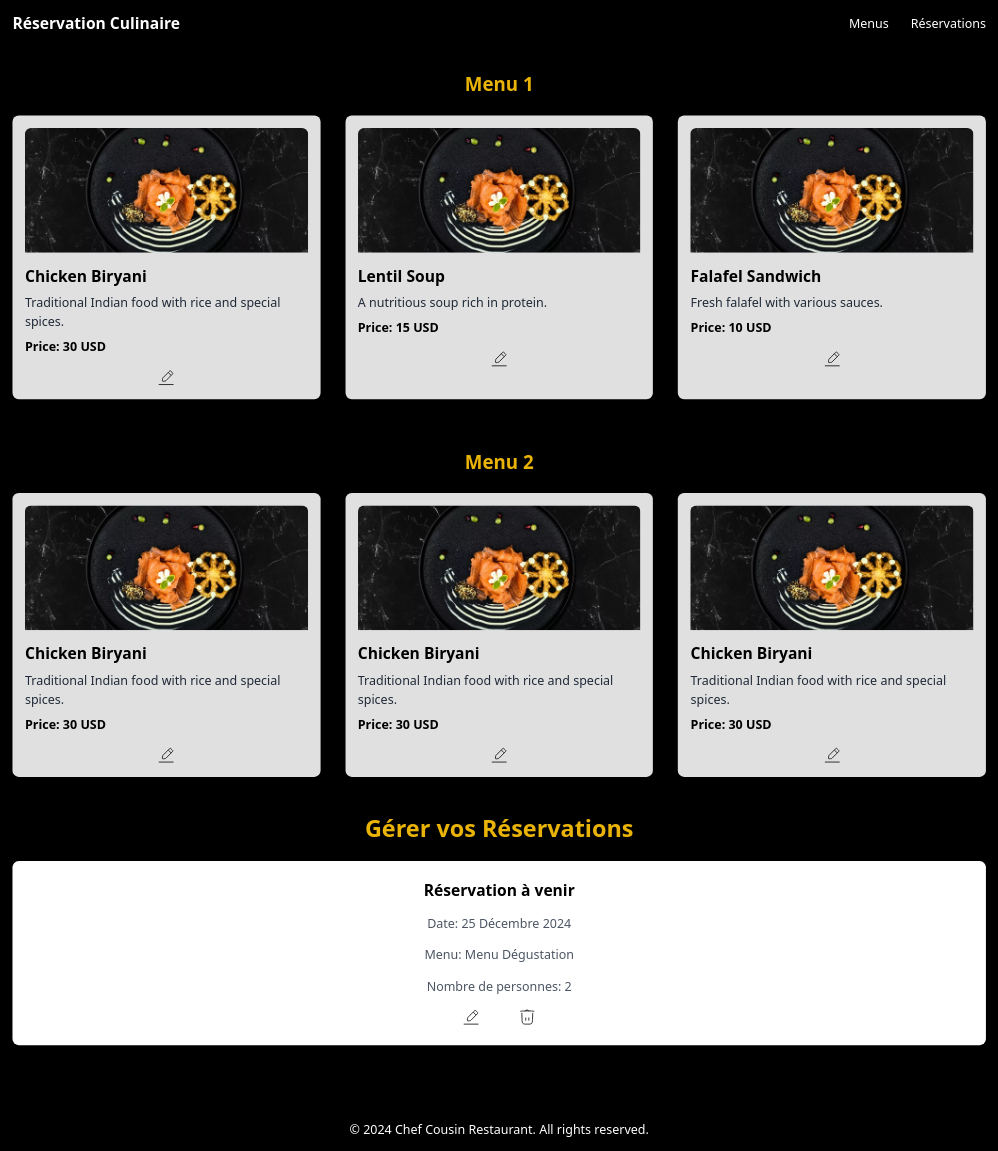
Repository: HamzaChehlaoui/Site-Web-pour-un-Chef-Cuisinier
Page: http://localhost/menuutil.php
An editor plug-in stored every save of this project. The page is shown before and after a run of saves, followed by the edit.
The browser window is 1280 px wide. The pictures show the whole page, at 78% of full size.
Some web libraries are served in a nearby version. The page is run by PHP 8.4 with error messages shown; the project is at /var/www/html/.

Above is the page before, as saved 2024-12-18 17:07:31.

### menuutil.php
<!DOCTYPE html>
<html lang="fr">
<head>
    <meta charset="UTF-8">
    <meta name="viewport" content="width=device-width, initial-scale=1.0">
    <title>Réservation d'Expérience Culinaire</title>
    <script src="https://cdn.tailwindcss.com"></script></head>
<body class="bg-black font-sans">

    <!-- Navbar -->
    <header class="bg-black text-white p-4">
        <div class="max-w-7xl mx-auto flex justify-between items-center">
            <h1 class="text-xl font-semibold">Réservation Culinaire</h1>
            <nav class="space-x-6">
                <a href="#menus" class="hover:text-gray-300">Menus</a>
                <a href="#reservations" class="hover:text-gray-300">Réservations</a>
            </nav>
        </div>
    </header>

    <!-- Menu Section -->
    <section class="py-8">
        <div class="container mx-auto px-4">
            <h2 class="text-2xl font-semibold mb-6 text-center text-yellow-500">Menu 1</h2>
            <div class="grid grid-cols-1 sm:grid-cols-2 lg:grid-cols-3 gap-8">
                <!-- Dish 1 -->
                <div class="bg-[#E0E0E0] p-4 rounded-lg shadow-lg hover:shadow-xl hover:bg-[#E0E0E0] transition duration-300">
                    <img src="zalmbloem-met-roomkaas_hr-4.webp" alt="Dish 1" class="w-full h-40 object-cover rounded-t-lg">
                    <h3 class="text-xl font-semibold mt-4 text-black">Chicken Biryani</h3>
                    <p class="text-gray-800 mt-2">Traditional Indian food with rice and special spices.</p>
                    <p class="mt-2 font-bold text-black">Price: 30 USD</p>
                      <!-- Edit and Delete buttons -->
                    <div class="mt-4 flex justify-center">
                    <svg width="24" height="24" viewBox="0 0 24 24" fill="none" xmlns="http://www.w3.org/2000/svg">
                    <path d="M15.7734 4.42255L8.01924 12.2706C7.79291 12.4996 7.67974 12.6142 7.60917 12.7552C7.53859 12.8961 7.51521 13.0544 7.46845 13.3709L7.30803 14.4566C7.12534 15.693 7.034 16.3112 7.40145 16.6645C7.7689 17.0178 8.39306 16.9118 9.64137 16.6999L10.7375 16.5139C11.0571 16.4596 11.2168 16.4325 11.3579 16.3593C11.499 16.2861 11.6121 16.1715 11.8385 15.9425L19.5927 8.09446C20.2553 7.42379 20.5866 7.08846 20.5814 6.67712C20.5761 6.26578 20.2363 5.93906 19.5566 5.28563L18.6209 4.38599C17.9412 3.73256 17.6014 3.40584 17.1844 3.4112C16.7674 3.41655 16.4361 3.75188 15.7734 4.42255Z" stroke="black" stroke-width="null" class="my-path"></path>
                    <path d="M18.3329 9.22206L14.7773 5.6665" stroke="black" stroke-width="null" class="my-path"></path>
                    <path d="M21 21H3" stroke="black" stroke-width="null" stroke-linecap="round" class="my-path"></path>
                    </svg>

                    </div>
                </div>
                <!-- Dish 2 -->
                <div class="bg-[#E0E0E0] p-4 rounded-lg shadow-lg hover:shadow-xl hover:bg-[#E0E0E0] transition duration-300">
                    <img src="zalmbloem-met-roomkaas_hr-4.webp" alt="Dish 2" class="w-full h-40 object-cover rounded-t-lg">
                    <h3 class="text-xl font-semibold mt-4 text-black">Lentil Soup</h3>
                    <p class="text-gray-800 mt-2">A nutritious soup rich in protein.</p>
                    <p class="mt-2 font-bold text-black">Price: 15 USD</p>
                      <!-- Edit and Delete buttons -->
                    <div class="mt-4 flex justify-center">
                    <svg width="24" height="24" viewBox="0 0 24 24" fill="none" xmlns="http://www.w3.org/2000/svg">
                    <path d="M15.7734 4.42255L8.01924 12.2706C7.79291 12.4996 7.67974 12.6142 7.60917 12.7552C7.53859 12.8961 7.51521 13.0544 7.46845 13.3709L7.30803 14.4566C7.12534 15.693 7.034 16.3112 7.40145 16.6645C7.7689 17.0178 8.39306 16.9118 9.64137 16.6999L10.7375 16.5139C11.0571 16.4596 11.2168 16.4325 11.3579 16.3593C11.499 16.2861 11.6121 16.1715 11.8385 15.9425L19.5927 8.09446C20.2553 7.42379 20.5866 7.08846 20.5814 6.67712C20.5761 6.26578 20.2363 5.93906 19.5566 5.28563L18.6209 4.38599C17.9412 3.73256 17.6014 3.40584 17.1844 3.4112C16.7674 3.41655 16.4361 3.75188 15.7734 4.42255Z" stroke="black" stroke-width="null" class="my-path"></path>
                    <path d="M18.3329 9.22206L14.7773 5.6665" stroke="black" stroke-width="null" class="my-path"></path>
                    <path d="M21 21H3" stroke="black" stroke-width="null" stroke-linecap="round" class="my-path"></path>
                    </svg>

                    </div>
                </div>
                <!-- Dish 3 -->
                <div class="bg-[#E0E0E0] p-4 rounded-lg shadow-lg hover:shadow-xl hover:bg-[#E0E0E0] transition duration-300">
                    <img src="zalmbloem-met-roomkaas_hr-4.webp" alt="Dish 3" class="w-full h-40 object-cover rounded-t-lg">
                    <h3 class="text-xl font-semibold mt-4 text-black">Falafel Sandwich</h3>
                    <p class="text-gray-800 mt-2">Fresh falafel with various sauces.</p>
                    <p class="mt-2 font-bold text-black">Price: 10 USD</p>
                       <!-- Edit and Delete buttons -->
                    <div class="mt-4 flex justify-center">
                        <!-- edit  -->
                    <svg width="24" height="24" viewBox="0 0 24 24" fill="none" xmlns="http://www.w3.org/2000/svg">
                    <path d="M15.7734 4.42255L8.01924 12.2706C7.79291 12.4996 7.67974 12.6142 7.60917 12.7552C7.53859 12.8961 7.51521 13.0544 7.46845 13.3709L7.30803 14.4566C7.12534 15.693 7.034 16.3112 7.40145 16.6645C7.7689 17.0178 8.39306 16.9118 9.64137 16.6999L10.7375 16.5139C11.0571 16.4596 11.2168 16.4325 11.3579 16.3593C11.499 16.2861 11.6121 16.1715 11.8385 15.9425L19.5927 8.09446C20.2553 7.42379 20.5866 7.08846 20.5814 6.67712C20.5761 6.26578 20.2363 5.93906 19.5566 5.28563L18.6209 4.38599C17.9412 3.73256 17.6014 3.40584 17.1844 3.4112C16.7674 3.41655 16.4361 3.75188 15.7734 4.42255Z" stroke="black" stroke-width="null" class="my-path"></path>
                    <path d="M18.3329 9.22206L14.7773 5.6665" stroke="black" stroke-width="null" class="my-path"></path>
                    <path d="M21 21H3" stroke="black" stroke-width="null" stroke-linecap="round" class="my-path"></path>
                    </svg>
                    </div>
                </div>
                </div>
            </div>
        </div>
         <!-- /* From Uiverse.io by OnCloud125252 */  -->

    </section>
    <section class="py-8">
        <div class="container mx-auto px-4">
            <h2 class="text-2xl font-semibold mb-6 text-center text-yellow-500">Menu 2</h2>
            <div class="grid grid-cols-1 sm:grid-cols-2 lg:grid-cols-3 gap-8">
                <!-- Repeat the dishes here with Edit and Delete buttons -->
                <div class="bg-[#E0E0E0] p-4 rounded-lg shadow-lg hover:shadow-xl hover:bg-[#E0E0E0] transition duration-300">
                    <img src="zalmbloem-met-roomkaas_hr-4.webp" alt="Dish 1" class="w-full h-40 object-cover rounded-t-lg">
                    <h3 class="text-xl font-semibold mt-4 text-black">Chicken Biryani</h3>
                    <p class="text-gray-800 mt-2">Traditional Indian food with rice and special spices.</p>
                    <p class="mt-2 font-bold text-black">Price: 30 USD</p>
                      <!-- Edit and Delete buttons -->
                    <div class="mt-4 flex justify-center">
                        <!-- edit  -->
                    <svg width="24" height="24" viewBox="0 0 24 24" fill="none" xmlns="http://www.w3.org/2000/svg">
                    <path d="M15.7734 4.42255L8.01924 12.2706C7.79291 12.4996 7.67974 12.6142 7.60917 12.7552C7.53859 12.8961 7.51521 13.0544 7.46845 13.3709L7.30803 14.4566C7.12534 15.693 7.034 16.3112 7.40145 16.6645C7.7689 17.0178 8.39306 16.9118 9.64137 16.6999L10.7375 16.5139C11.0571 16.4596 11.2168 16.4325 11.3579 16.3593C11.499 16.2861 11.6121 16.1715 11.8385 15.9425L19.5927 8.09446C20.2553 7.42379 20.5866 7.08846 20.5814 6.67712C20.5761 6.26578 20.2363 5.93906 19.5566 5.28563L18.6209 4.38599C17.9412 3.73256 17.6014 3.40584 17.1844 3.4112C16.7674 3.41655 16.4361 3.75188 15.7734 4.42255Z" stroke="black" stroke-width="null" class="my-path"></path>
                    <path d="M18.3329 9.22206L14.7773 5.6665" stroke="black" stroke-width="null" class="my-path"></path>
                    <path d="M21 21H3" stroke="black" stroke-width="null" stroke-linecap="round" class="my-path"></path>
                    </svg>

                    </div>
                </div>
                <!-- Dish 1 -->
                <div class="bg-[#E0E0E0] p-4 rounded-lg shadow-lg hover:shadow-xl hover:bg-[#E0E0E0] transition duration-300">
                    <img src="zalmbloem-met-roomkaas_hr-4.webp" alt="Dish 1" class="w-full h-40 object-cover rounded-t-lg">
                    <h3 class="text-xl font-semibold mt-4 text-black">Chicken Biryani</h3>
                    <p class="text-gray-800 mt-2">Traditional Indian food with rice and special spices.</p>
                    <p class="mt-2 font-bold text-black">Price: 30 USD</p>
                      <!-- Edit and Delete buttons -->
                    <div class="mt-4 flex justify-center">
                    <svg width="24" height="24" viewBox="0 0 24 24" fill="none" xmlns="http://www.w3.org/2000/svg">
                    <path d="M15.7734 4.42255L8.01924 12.2706C7.79291 12.4996 7.67974 12.6142 7.60917 12.7552C7.53859 12.8961 7.51521 13.0544 7.46845 13.3709L7.30803 14.4566C7.12534 15.693 7.034 16.3112 7.40145 16.6645C7.7689 17.0178 8.39306 16.9118 9.64137 16.6999L10.7375 16.5139C11.0571 16.4596 11.2168 16.4325 11.3579 16.3593C11.499 16.2861 11.6121 16.1715 11.8385 15.9425L19.5927 8.09446C20.2553 7.42379 20.5866 7.08846 20.5814 6.67712C20.5761 6.26578 20.2363 5.93906 19.5566 5.28563L18.6209 4.38599C17.9412 3.73256 17.6014 3.40584 17.1844 3.4112C16.7674 3.41655 16.4361 3.75188 15.7734 4.42255Z" stroke="black" stroke-width="null" class="my-path"></path>
                    <path d="M18.3329 9.22206L14.7773 5.6665" stroke="black" stroke-width="null" class="my-path"></path>
                    <path d="M21 21H3" stroke="black" stroke-width="null" stroke-linecap="round" class="my-path"></path>
                    </svg>
                   </div>
                </div>
            <!-- Dish 1 -->
            <div class="bg-[#E0E0E0] p-4 rounded-lg shadow-lg hover:shadow-xl hover:bg-[#E0E0E0] transition duration-300">
                    <img src="zalmbloem-met-roomkaas_hr-4.webp" alt="Dish 1" class="w-full h-40 object-cover rounded-t-lg">
                    <h3 class="text-xl font-semibold mt-4 text-black">Chicken Biryani</h3>
                    <p class="text-gray-800 mt-2">Traditional Indian food with rice and special spices.</p>
                    <p class="mt-2 font-bold text-black">Price: 30 USD</p>
                      <!-- Edit and Delete buttons -->
                    <div class="mt-4 flex justify-center">
                    <svg width="24" height="24" viewBox="0 0 24 24" fill="none" xmlns="http://www.w3.org/2000/svg">
                    <path d="M15.7734 4.42255L8.01924 12.2706C7.79291 12.4996 7.67974 12.6142 7.60917 12.7552C7.53859 12.8961 7.51521 13.0544 7.46845 13.3709L7.30803 14.4566C7.12534 15.693 7.034 16.3112 7.40145 16.6645C7.7689 17.0178 8.39306 16.9118 9.64137 16.6999L10.7375 16.5139C11.0571 16.4596 11.2168 16.4325 11.3579 16.3593C11.499 16.2861 11.6121 16.1715 11.8385 15.9425L19.5927 8.09446C20.2553 7.42379 20.5866 7.08846 20.5814 6.67712C20.5761 6.26578 20.2363 5.93906 19.5566 5.28563L18.6209 4.38599C17.9412 3.73256 17.6014 3.40584 17.1844 3.4112C16.7674 3.41655 16.4361 3.75188 15.7734 4.42255Z" stroke="black" stroke-width="null" class="my-path"></path>
                    <path d="M18.3329 9.22206L14.7773 5.6665" stroke="black" stroke-width="null" class="my-path"></path>
                    <path d="M21 21H3" stroke="black" stroke-width="null" stroke-linecap="round" class="my-path"></path>
                    </svg>
                   </div>
                </div>
            </div>
    <!-- Reservation Section -->
    <section id="reservations" class="py-12 bg-black">
        <div class="max-w-7xl mx-auto text-center">
            <h2 class="text-3xl font-bold mb-6 text-yellow-500">Gérer vos Réservations</h2>

            <div class="bg-white p-6 rounded-lg shadow-md">
                <h3 class="text-xl font-semibold mb-4">Réservation à venir</h3>
                <p class="text-gray-600 mb-4">Date: 25 Décembre 2024</p>
                <p class="text-gray-600 mb-4">Menu: Menu Dégustation</p>
                <p class="text-gray-600 mb-4">Nombre de personnes: 2</p>
                 <!-- Edit and Delete buttons -->
                 <div class="mt-4 flex justify-center gap-[3rem]">
                    <svg width="24" height="24" viewBox="0 0 24 24" fill="none" xmlns="http://www.w3.org/2000/svg">
                    <path d="M15.7734 4.42255L8.01924 12.2706C7.79291 12.4996 7.67974 12.6142 7.60917 12.7552C7.53859 12.8961 7.51521 13.0544 7.46845 13.3709L7.30803 14.4566C7.12534 15.693 7.034 16.3112 7.40145 16.6645C7.7689 17.0178 8.39306 16.9118 9.64137 16.6999L10.7375 16.5139C11.0571 16.4596 11.2168 16.4325 11.3579 16.3593C11.499 16.2861 11.6121 16.1715 11.8385 15.9425L19.5927 8.09446C20.2553 7.42379 20.5866 7.08846 20.5814 6.67712C20.5761 6.26578 20.2363 5.93906 19.5566 5.28563L18.6209 4.38599C17.9412 3.73256 17.6014 3.40584 17.1844 3.4112C16.7674 3.41655 16.4361 3.75188 15.7734 4.42255Z" stroke="black" stroke-width="null" class="my-path"></path>
                    <path d="M18.3329 9.22206L14.7773 5.6665" stroke="black" stroke-width="null" class="my-path"></path>
                    <path d="M21 21H3" stroke="black" stroke-width="null" stroke-linecap="round" class="my-path"></path>
                    </svg>
                    <!-- delete  -->
                    <svg width="24" height="24" viewBox="0 0 24 24" fill="none" xmlns="http://www.w3.org/2000/svg">
                    <path d="M5 7L5.29949 14.7868C5.41251 17.7252 5.46902 19.1944 6.40719 20.0972C7.34537 21 8.81543 21 11.7555 21H12.2433C15.1842 21 16.6547 21 17.5928 20.0972C18.531 19.1944 18.5875 17.7252 18.7006 14.7868L19 7" stroke="black" stroke-width="null" stroke-linecap="round" class="my-path"></path>
                    <path d="M10 13V16" stroke="black" stroke-width="null" stroke-linecap="round" class="my-path"></path>
                    <path d="M14 13V16" stroke="black" stroke-width="null" stroke-linecap="round" class="my-path"></path>
                    <path d="M20.4706 4.43329C18.6468 4.27371 17.735 4.19392 16.8229 4.13611C13.6109 3.93249 10.3891 3.93249 7.17707 4.13611C6.26506 4.19392 5.35318 4.27371 3.52942 4.43329" stroke="black" stroke-width="null" stroke-linecap="round" class="my-path"></path>
                    <path d="M13.7647 3.95212C13.7647 3.95212 13.3993 2.98339 11.6471 2.9834C9.8949 2.9834 9.52942 3.95211 9.52942 3.95211" stroke="black" stroke-width="null" stroke-linecap="round" class="my-path"></path>
                    </svg>  </div>
                </div> </div>
        </div>
    </section>

    <!-- Footer -->
    <footer class="bg-black text-white py-4">
        <div class="container mx-auto text-center">
            <p>&copy; 2024 Chef Cousin Restaurant. All rights reserved.</p>
        </div>
    </footer>

</body>
</html>

After the next 2 saves:
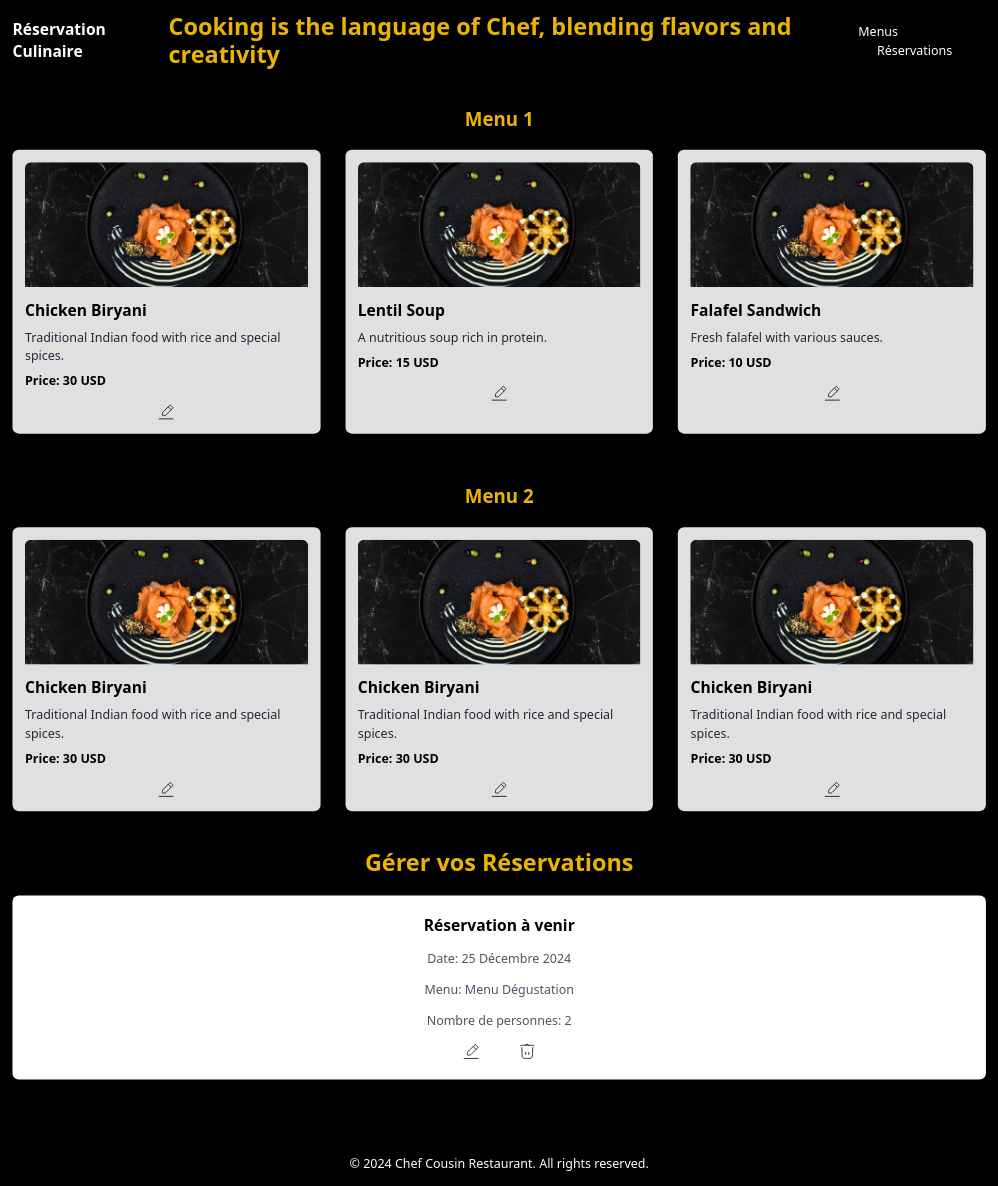
The 2 saves are shown as one change because they came seconds apart.
The last was saved 5 min 11 s later.
--- a/menuutil.php
+++ b/menuutil.php
@@ -11,6 +11,8 @@
     <header class="bg-black text-white p-4">
         <div class="max-w-7xl mx-auto flex justify-between items-center">
             <h1 class="text-xl font-semibold">Réservation Culinaire</h1>
+            <h1 class="text-3xl font-bold text-yellow-500">Cooking is the language of Chef, blending flavors and creativity</h1>
+
             <nav class="space-x-6">
                 <a href="#menus" class="hover:text-gray-300">Menus</a>
                 <a href="#reservations" class="hover:text-gray-300">Réservations</a>

After the save that followed:
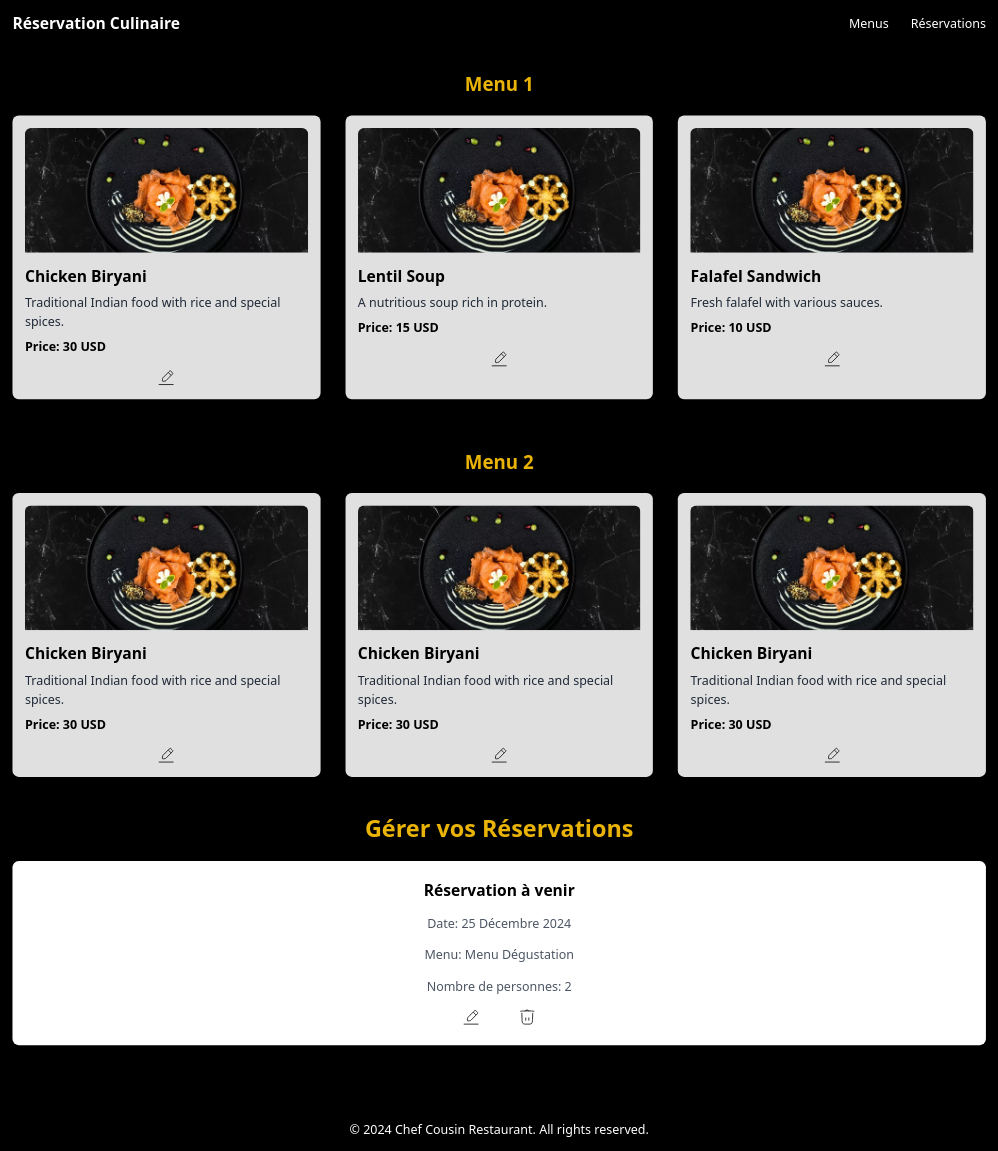
Saved 43 s later.
--- a/menuutil.php
+++ b/menuutil.php
@@ -11,8 +11,6 @@
     <header class="bg-black text-white p-4">
         <div class="max-w-7xl mx-auto flex justify-between items-center">
             <h1 class="text-xl font-semibold">Réservation Culinaire</h1>
-            <h1 class="text-3xl font-bold text-yellow-500">Cooking is the language of Chef, blending flavors and creativity</h1>
-
             <nav class="space-x-6">
                 <a href="#menus" class="hover:text-gray-300">Menus</a>
                 <a href="#reservations" class="hover:text-gray-300">Réservations</a>
